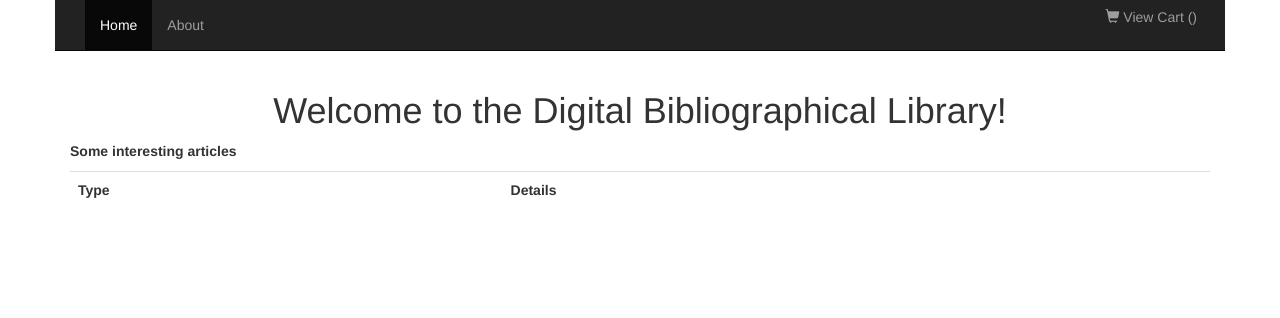
Repository: iancwwong/DigitalBibliographicalLibrary
Page: http://localhost/DigitalBibliographicLibrary/indexpage.jsp
An editor plug-in stored every save of this project. The page is shown before and after a run of saves, followed by the edit.
The browser window is 1280 px wide. The pictures show the whole page.
The page is served by Tomcat 9. The template is opened directly, without the code that normally fills it, so the values that code supplies are empty.

Above is the page before, as saved 2016-08-28 01:15:48.

After the next 2 saves:
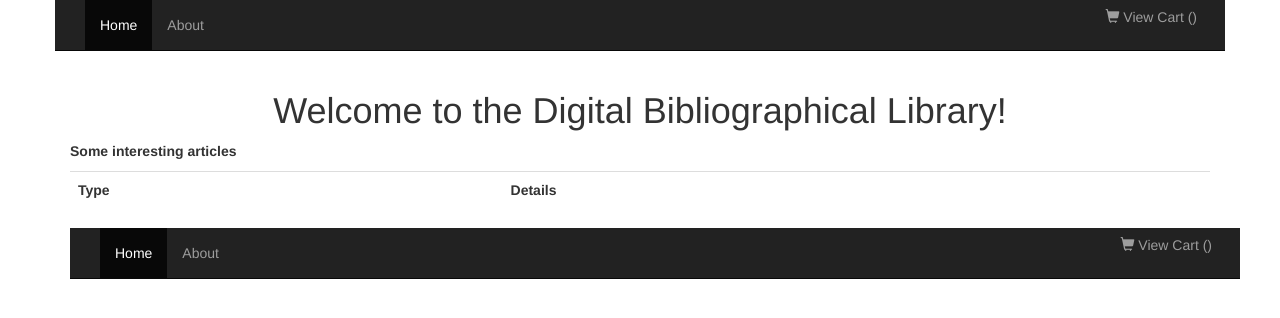
The 2 saves are shown as one change because they came seconds apart.
The last was saved 59 s later.
--- a/DigitalBibliographicLibrary/WebContent/indexpage.jsp
+++ b/DigitalBibliographicLibrary/WebContent/indexpage.jsp
@@ -94,6 +94,9 @@
 			</c:forEach>
 		</table>
 
+		<!-- Footer -->
+		<%@ include file="include/navbar.html"%>
+
 	</div>
 
     <!-- ========= Bootstrap Core Javascript =========== -->
